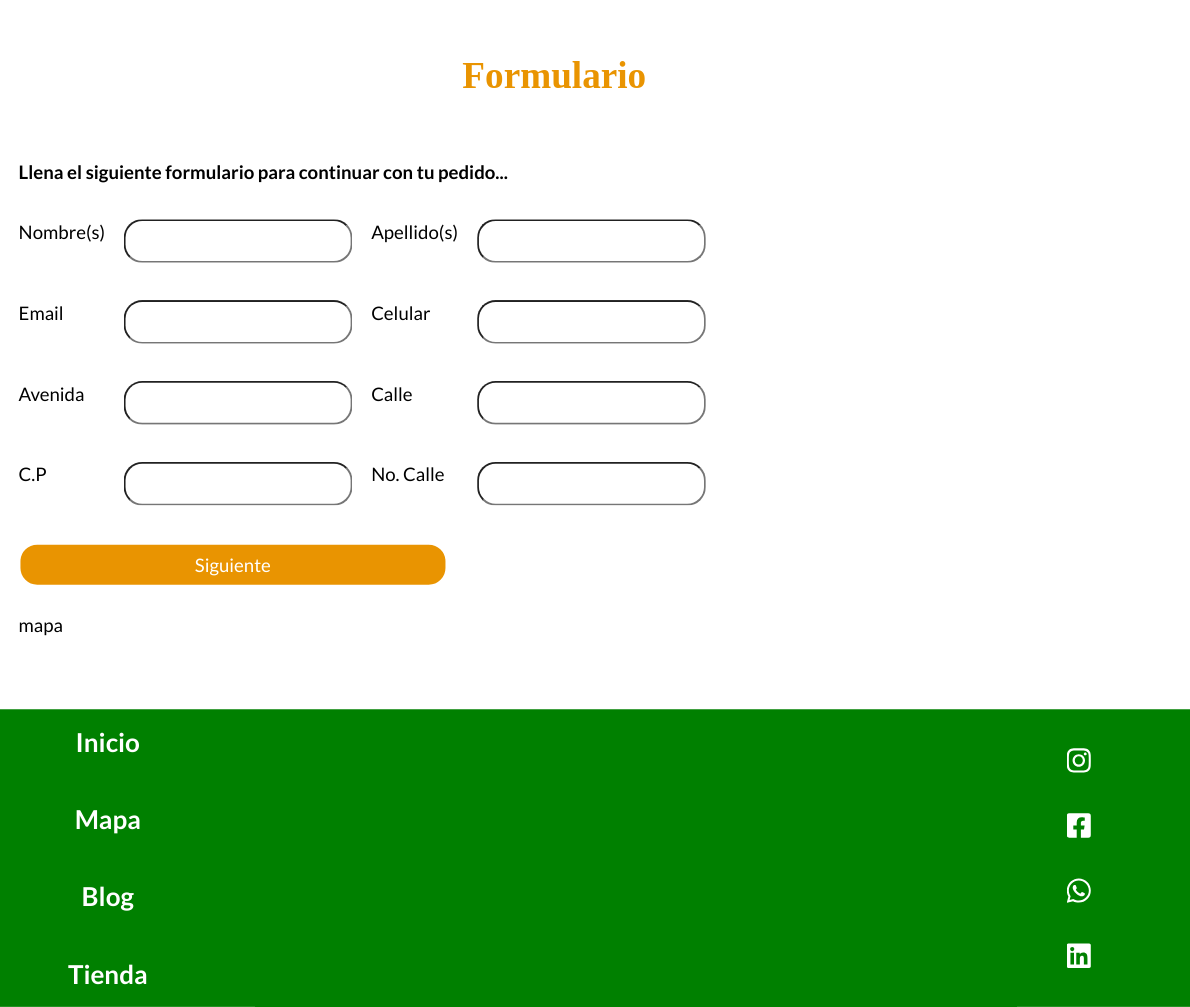
Repository: CarlosCamposRodriguez99/cv-beta-frontend
Page: /mapa
These files come from the project's save history. The page is drawn as it stood at one moment and after the next save; the edit follows.
The browser window is 1280 px wide. The pictures show the part of the page from y = 219 to 1302 px (the page is 1302 px tall before and 1282 px after), at 93% of full size.
Some web fonts or font styles are not loaded; a fallback is used. The project was rebuilt for these pictures with package versions that can differ from the ones it lists, and the page was loaded fresh each time. The framework's server and built-in components were replaced by stand-ins that run in the browser. Also part of the build but not shown: next.config.js.

Above is the page before, as saved 2022-05-05 22:25:37.

After the next save:
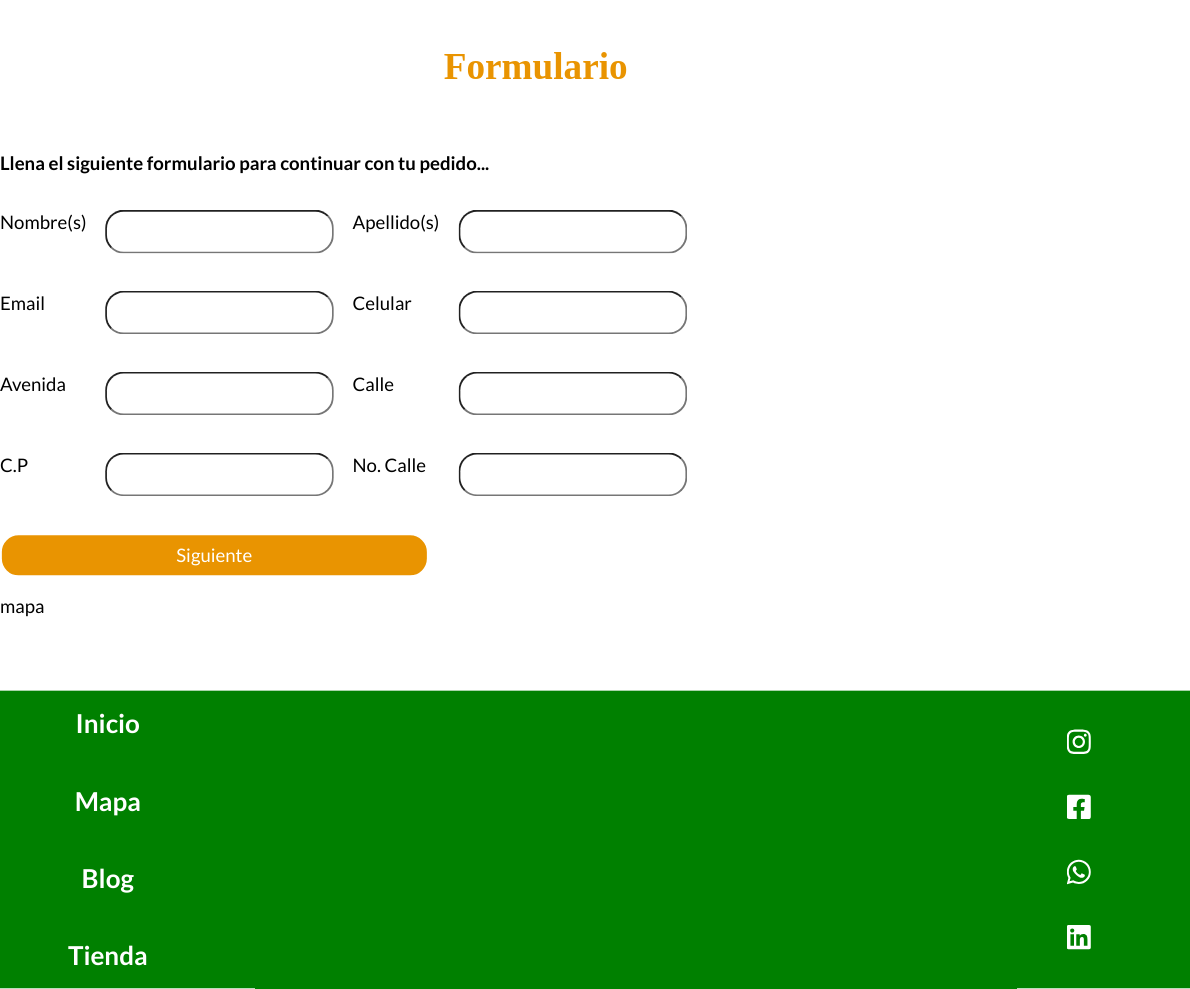
Saved 19 h 46 min later.
--- a/styles/Mapa.module.css
+++ b/styles/Mapa.module.css
@@ -26,7 +26,7 @@
 
 .head {
   max-width: 120rem;
-  margin: 1rem 2rem;
+  margin: 0;
   width: 90%;
   display: grid;
 }
